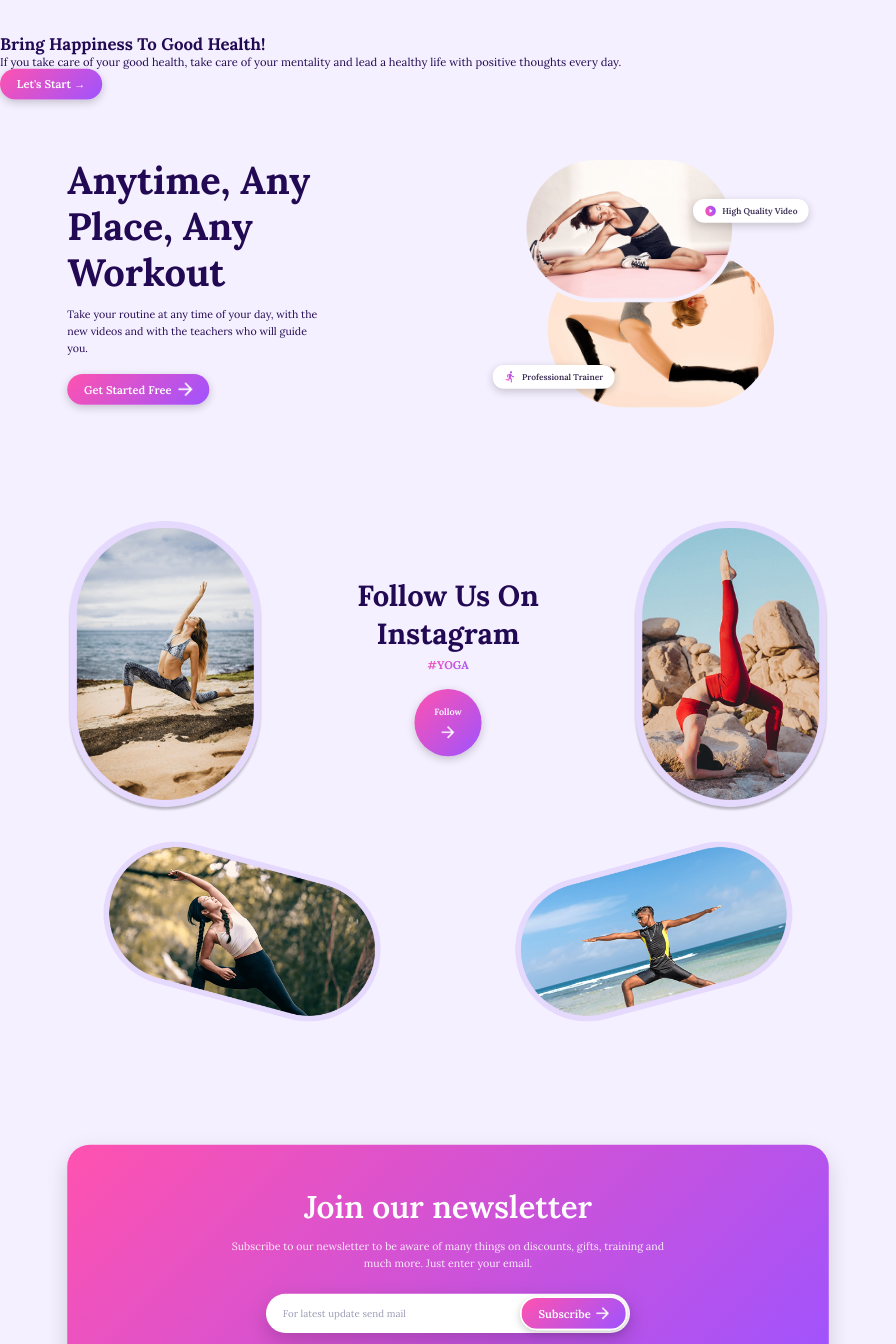
Repository: EunsuhJeon/responsive-yoga-website
Page: index.html
An editor plug-in stored every save of this project. The page is shown before and after the next save, followed by the edit.
The browser window is 1280 px wide. The pictures show the part of the page from y = 1026 to 2946 px (the page is 3412 px tall), at 70% of full size.

Above is the page before, as saved 2025-11-27 00:20:34.

After the next save:
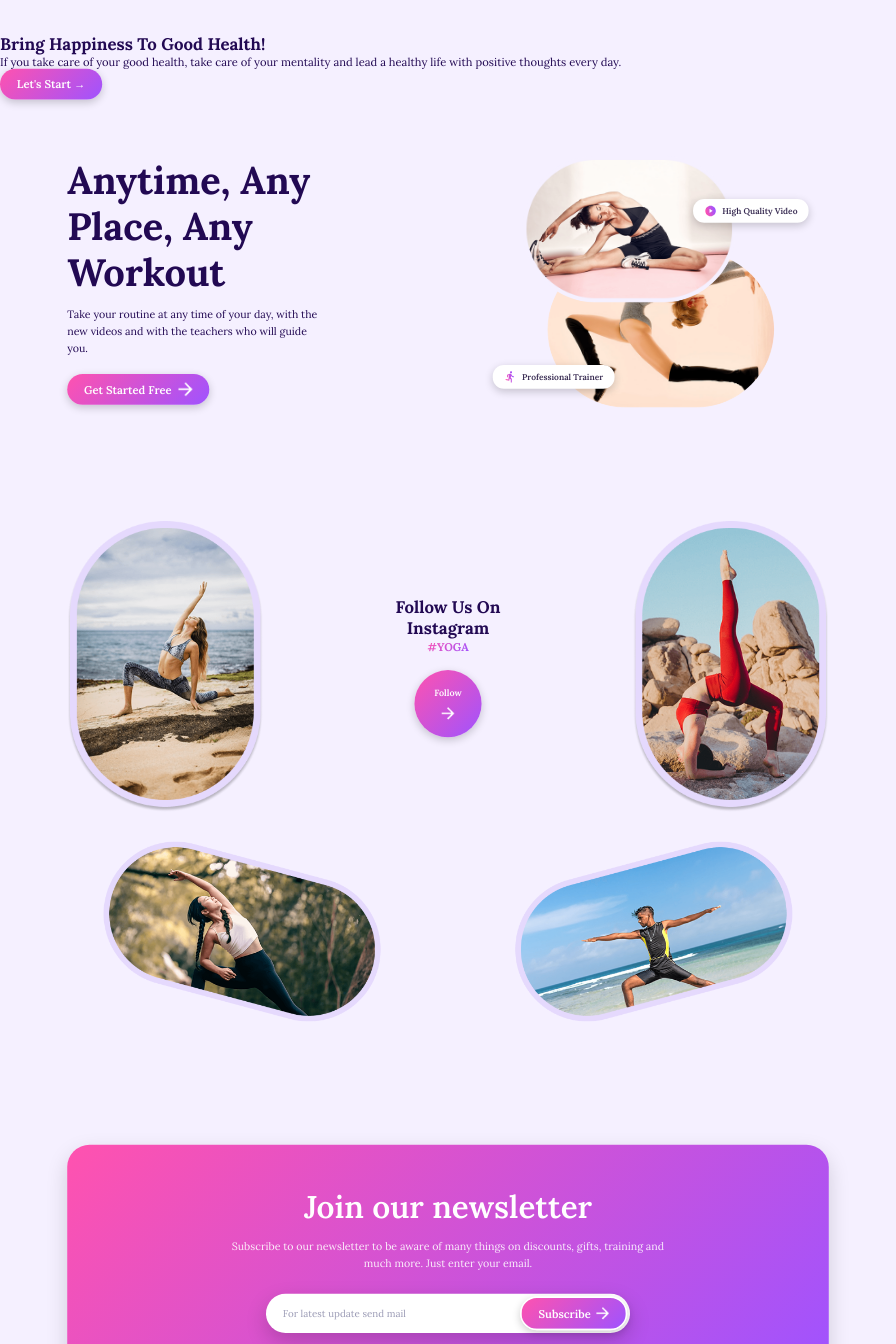
Saved 4 min 50 s later.
--- a/main.css
+++ b/main.css
@@ -621,11 +621,11 @@ header a{
   text-align: center;
 }
 
-.seccion-5-title {
+/*.seccion-5-title {
   font-size: clamp(2rem, 2.4vw + 1rem, 2.6rem);
   line-height: 1.3;
   margin-bottom: 8px;
-}
+}*/
 
 .seccion-5-hashtag {
   font-size: 1rem;
